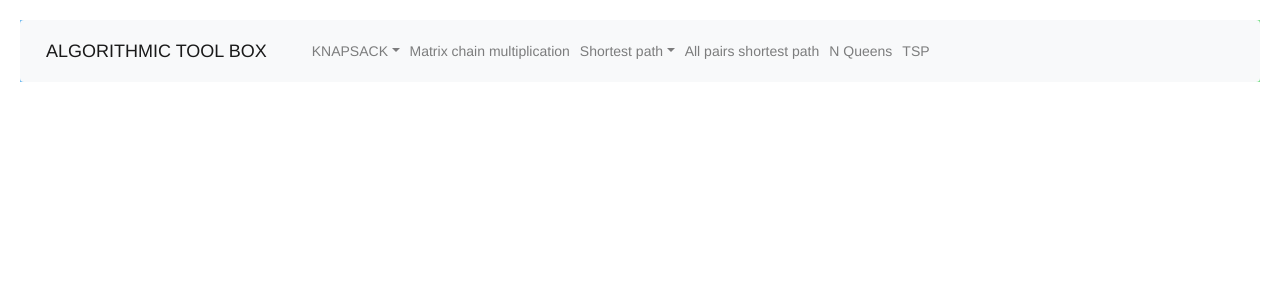
Repository: vinaybabu3962/ALGORITHMIC-TOOLBOX
Page: DAA_WT/webapp/index.html
The author's editor kept a copy of each file at every save. The page is drawn from the files as they stood at one save, then again after the next save.
The browser window is 1280 px wide. The pictures show the whole page.
Some web libraries are served in a nearby version.

Above is the page before, as saved 2021-07-06 14:39:03.

After the next save:
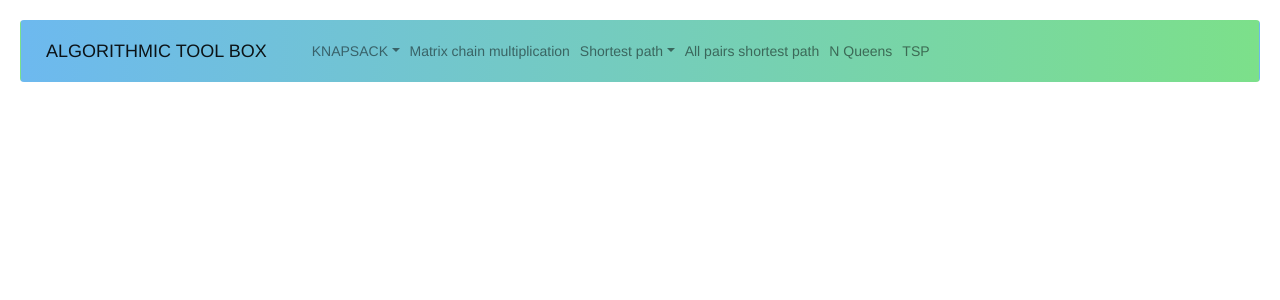
Saved 16 s later.
--- a/DAA_WT/webapp/index.html
+++ b/DAA_WT/webapp/index.html
@@ -17,7 +17,10 @@
 	}
 	.bs-example{
     	margin: 20px;
-    	background-image: linear-gradient(to right, #6db9ef, #7ce08a);
+
+    }
+    .abcd{
+    background-image: linear-gradient(to right, #6db9ef, #7ce08a);
     }
 </style>
 </head>
